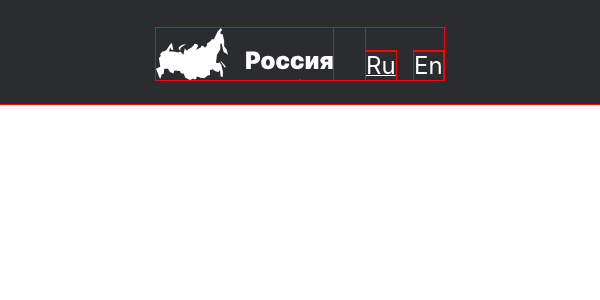
Repository: 89373611988/russia-travel
Page: index.html
The author's editor kept a copy of each file at every save. The page is drawn from the files as they stood at one save, then again after a run of saves.
The browser window is 600 px wide. The pictures show the whole page.
Some web fonts or font styles are not loaded; a fallback is used.

Above is the page before, as saved 2021-12-18 14:29:37.

After the next 2 saves:
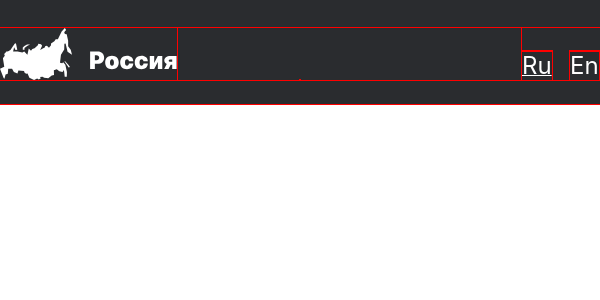
The 2 saves are shown as one change because they came seconds apart.
The last was saved 15 s later.
--- a/blocks/header/header.css
+++ b/blocks/header/header.css
@@ -19,7 +19,7 @@
 
 @media (max-width: 750px) {
   .header {
-    width: 288px;
+    width: 600px;
   }
 }
 
